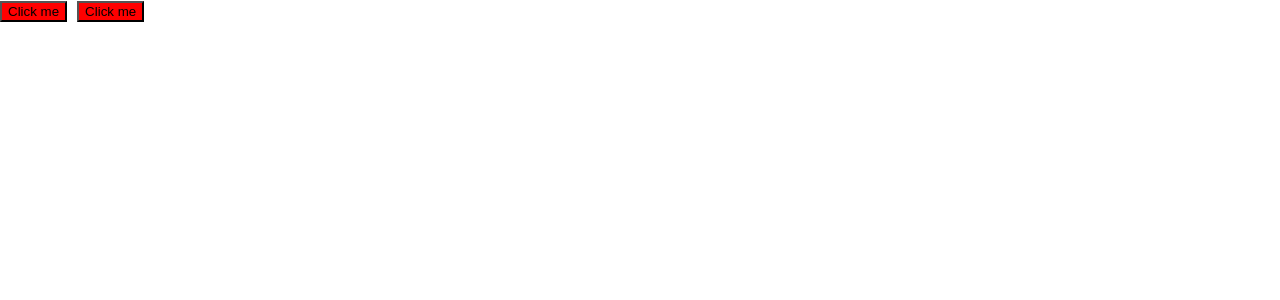
Repository: codysun1912/code
Page: / (app in react-webpack/tiktok/)
An editor plug-in stored every save of this project. The page is shown before and after the next save, followed by the edit.
The browser window is 1280 px wide. The pictures show the whole page.
The project was rebuilt for these pictures with package versions that can differ from the ones it lists, and the page was loaded fresh each time.

Above is the page before, as saved 2022-03-18 13:26:31.

### react-webpack/tiktok/src/App.js
import Button from "./components/Button"
import GlobalStyles from "./components/GlobalStyles"


function App() {

    return(
        <GlobalStyles>
         <div>
         <Button/>
         </div>


        </GlobalStyles>
    )

}
export default App

### react-webpack/tiktok/src/components/button.js
import Styles from "./Button.module.css"
import clsx from "clsx"
function Button(){
    return(
        <div>
            <button className = {Styles.btn}> Click me </button>
            <button className = {clsx(Styles.btn,Styles.active)}> Click me </button>
        </div>
    )
}
export default Button

### react-webpack/tiktok/src/components/GlobalStyles.js
import Button from "./Button"


function GlobalStyles(){
    return (
        <div>
           <Button/>
        </div>
    )
}
export default GlobalStyles

### react-webpack/tiktok/src/components/Button.module.css
.btn{
    background-color: red;
}
.active{
    margin-left: 10px;
}

Loaded but not shown: react-webpack/tiktok/public/index.html (common file); react-webpack/tiktok/src/index.js (common file); react-webpack/tiktok/src/index.css (common file); react-webpack/tiktok/src/reportWebVitals.js (common file)

After the next save:
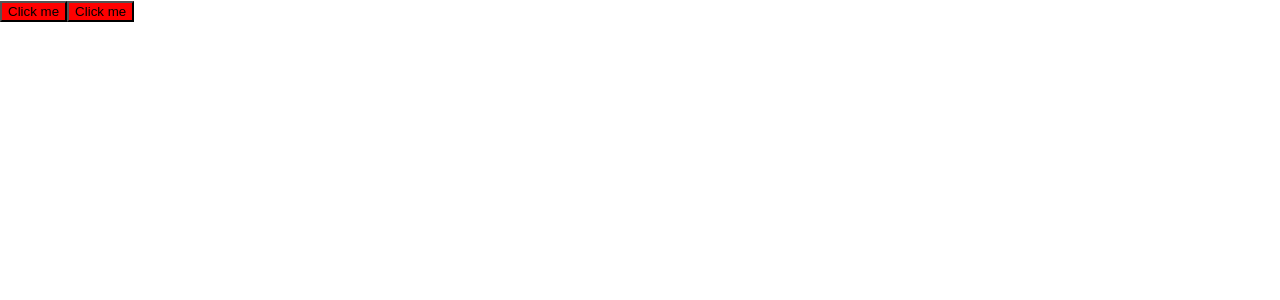
Saved 45 s later.
--- a/react-webpack/tiktok/src/components/button.js
+++ b/react-webpack/tiktok/src/components/button.js
@@ -4,7 +4,7 @@ function Button(){
     return(
         <div>
             <button className = {Styles.btn}> Click me </button>
-            <button className = {clsx(Styles.btn,Styles.active)}> Click me </button>
+            <button className = {clsx(Styles.btn,)}> Click me </button>
         </div>
     )
 }
